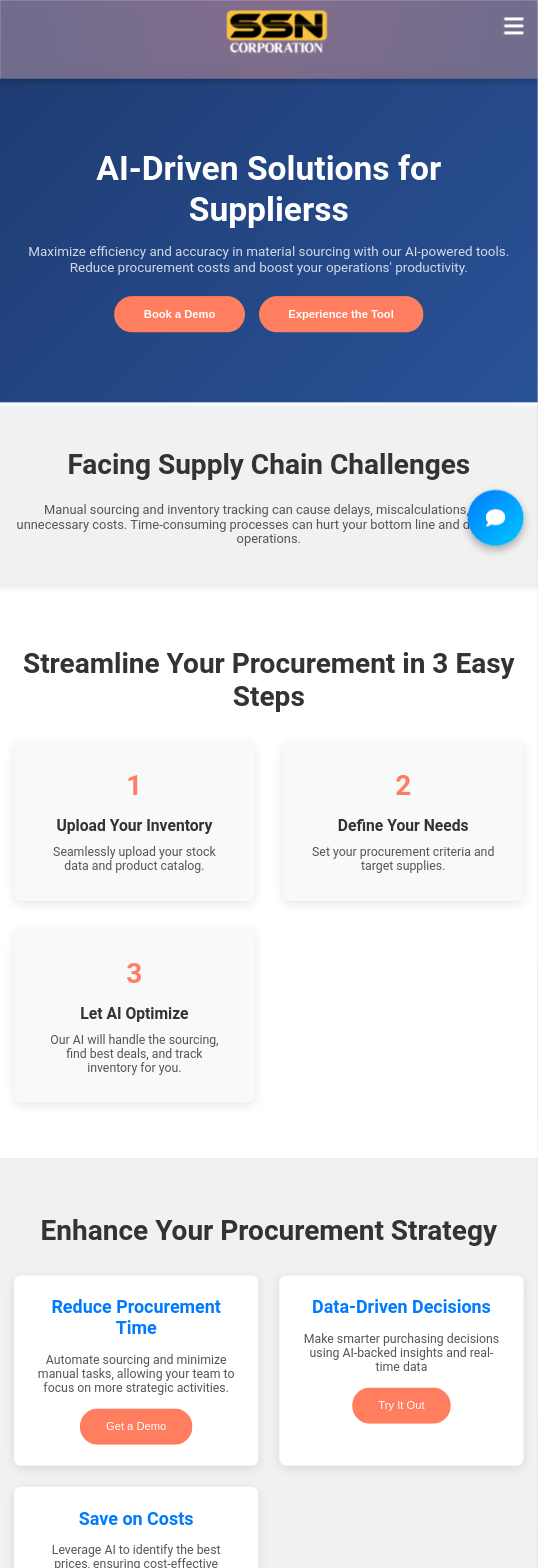
Repository: aabhashbasnet/SSNCorporation
Page: /who-we-serve/suppliers
These files come from the project's save history. The page is drawn as it stood at one moment and after the next save; the edit follows.
The browser window is 768 px wide. The pictures show the part of the page from y = 0 to 2240 px (the page is 3691 px tall before and 3688 px after), at 70% of full size.
The project was rebuilt for these pictures with package versions that can differ from the ones it lists, and the page was loaded fresh each time. Also part of the build but not shown: src/components/Main/Main.jsx, src/components/Working/Working.css, src/components/Working/Working.jsx, src/components/Footer/Footer.jsx, src/pages/OurMission/OurMission.jsx, src/pages/LoginSignUp/LoginSignUp.css, src/pages/LoginSignUp/LoginSignUp.jsx, src/pages/Industries/Industries.jsx and 12 more.

Above is the page before, as saved 2025-02-11 14:48:16.

After the next save:
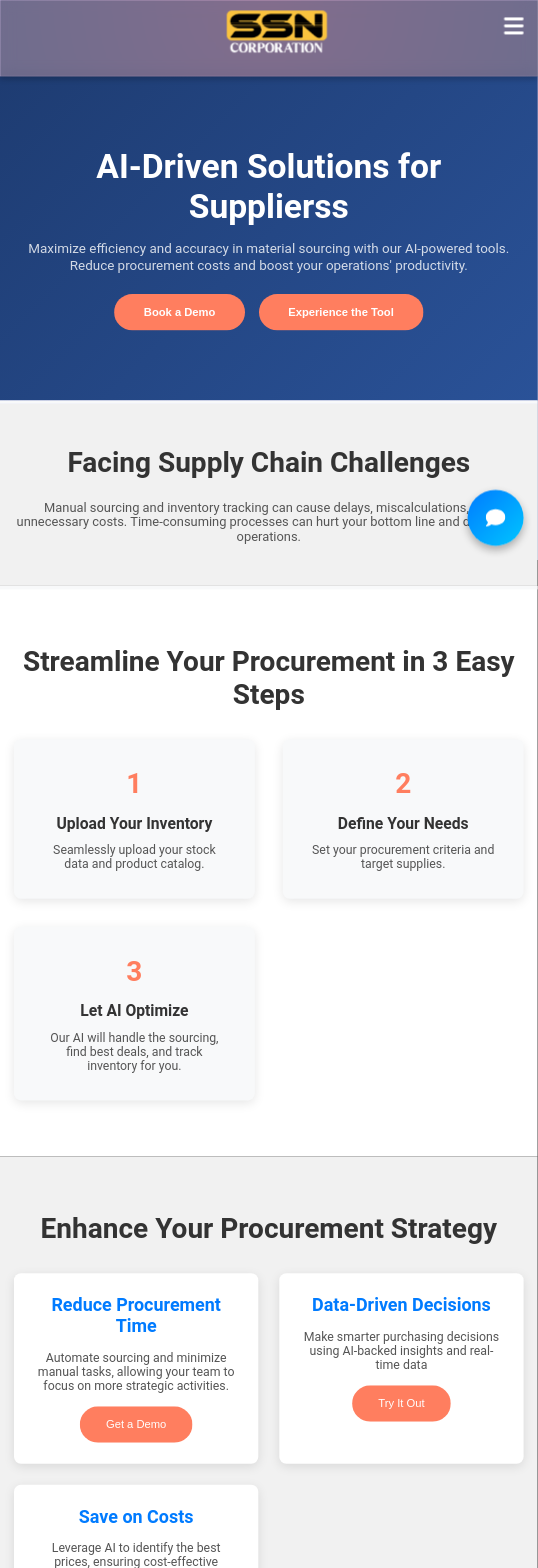
Saved 14 s later.
--- a/src/components/Main/Main.css
+++ b/src/components/Main/Main.css
@@ -1,48 +1,65 @@
-/* Ensure the main content takes up the remaining spaces */
+/* Apply full height to the body */
 html, body {
   height: 100%;
   margin: 0;
+  font-family: 'Arial', sans-serif;
+  background-color: #111;
 }
 
-/* Main content styling */
+/* Fullscreen background */
+.main-container {
+  position: relative;
+  height: 100vh;
+  background: linear-gradient(to bottom, rgba(0, 0, 0, 0.5), rgba(0, 0, 0, 0.7)), url('your-background-image.jpg') no-repeat center center/cover;
+}
+
+/* Background image styling */
+.background-image {
+  position: absolute;
+  top: 0;
+  left: 0;
+  width: 100%;
+  height: 100%;
+  z-index: -1; /* Ensure background is behind content */
+  animation: parallax 10s ease-in-out infinite; /* Add a parallax effect */
+}
+
+/* Parallax effect for the background */
+@keyframes parallax {
+  0% { background-position: 0 0; }
+  50% { background-position: center center; }
+  100% { background-position: 0 100%; }
+}
+
+/* Main content container */
 .main-content {
-  padding: 50px 20px;
-  text-align: center; /* Center align the content */
-  min-height: calc(100vh - 80px); /* Adjust height to fill the remaining space after navbar */
-  display: flex;
-  flex-direction: column;
-  justify-content: center;
-  align-items: center; /* Ensure content is centered horizontally */
+  padding: 80px 20px;
+  text-align: center;
+  color: white;
   opacity: 0; /* Start with opacity 0 for fade-in effect */
   animation: fadeIn 2s forwards; /* Apply fade-in effect */
+  z-index: 1;
 }
 
 /* Fade-in animation */
 @keyframes fadeIn {
-  from {
-    opacity: 0;
-  }
-  to {
-    opacity: 1;
-  }
+  from { opacity: 0; }
+  to { opacity: 1; }
 }
 
 /* Headline styling */
 .headline {
-  font-family: Verdana, Geneva, Tahoma, sans-serif;
-  font-size: 72px; /* Increased font size */
+  font-size: 80px;
   font-weight: bold;
-  color: #333; /* Dark color for readability */
   margin-bottom: 20px;
   line-height: 1.2;
-  white-space: normal; /* Allow line breaks */
-  display: inline-block; /* Make it an inline-block element */
-  max-width: 90%; /* Set a max-width for better control */
-  animation: slideUp 1s ease-out forwards;
+  color: white;
+  animation: slideInUp 1.5s ease-out forwards;
+  text-transform: uppercase;
 }
 
-/* Slide-up animation for the headline */
-@keyframes slideUp {
+/* Slide-up animation for headline */
+@keyframes slideInUp {
   from {
     transform: translateY(50px);
     opacity: 0;
@@ -55,100 +72,95 @@ html, body {
 
 /* Description styling */
 .description {
-  font-size: 18px;
-  font-weight: bolder;
-  color: white; /* Slightly lighter color */
-  max-width: 800px; /* Set max-width to avoid overly long lines */
-  margin: 0 auto; /* Center align */
+  font-size: 22px;
+  color: white;
+  margin-bottom: 40px;
   line-height: 1.6;
+  max-width: 800px;
+  margin: 0 auto;
+  opacity: 0;
   animation: fadeInText 2s ease-out forwards;
 }
 
 /* Fade-in animation for description */
 @keyframes fadeInText {
-  from {
-    opacity: 0;
-  }
-  to {
-    opacity: 1;
-  }
+  from { opacity: 0; }
+  to { opacity: 1; }
 }
 
+/* Instant text */
 .instant {
-  color: red;
+  color: #f5a623;
 }
 
 /* Button container styling */
 .button-container {
   display: flex;
-  gap: 20px; /* Add space between buttons */
+  gap: 30px;
   justify-content: center;
   margin-top: 20px;
-  flex-wrap: wrap; /* Ensure buttons wrap on small screens */
-  align-items: center; /* Center the buttons */
+  flex-wrap: wrap;
 }
 
 /* Button base styling */
 .button {
-  padding: 12px 30px;
-  font-size: 16px;
+  padding: 18px 40px;
+  font-size: 18px;
   font-weight: bold;
   border: none;
-  border-radius: 5px;
+  border-radius: 50px;
   cursor: pointer;
-  transition: transform 0.3s ease, background-color 0.3s ease;
-  display: inline-block;
-  box-shadow: 0 4px 8px rgba(0, 0, 0, 0.1);
+  transition: transform 0.4s ease, background-color 0.3s ease, box-shadow 0.3s ease;
+  box-shadow: 0 6px 15px rgba(0, 0, 0, 0.3);
+  position: relative;
 }
 
-/* Default button styling (for both buttons) */
+/* Hover effect for both buttons */
 .button:hover {
-  transform: translateY(-5px);
-  box-shadow: 0 6px 12px rgba(0, 0, 0, 0.15);
+  transform: scale(1.1); /* Increase button size on hover */
+  box-shadow: 0 8px 20px rgba(0, 0, 0, 0.4);
 }
 
 /* "Get Started" button styling */
 .button.primary {
-  background-color: #007bff; /* Blue color */
+  background: linear-gradient(45deg, #007bff, #00c6ff);
   color: white;
-  font-size: larger;
-  border-radius: 30px; /* More rounded corners */
+  font-size: 18px;
 }
 
 .button.primary:hover {
-  background-color: #0056b3; /* Darker blue on hover */
+  background: linear-gradient(45deg, #005bb5, #0076a6);
 }
 
 /* "Connect with Us" button styling */
 .button.connect {
-  background-color: #28a745; /* Green color */
+  background: linear-gradient(45deg, #28a745, #34d399);
   color: white;
-  border-radius: 30px; /* More rounded corners */
 }
 
 .button.connect:hover {
-  background-color: #218838; /* Darker green on hover */
+  background: linear-gradient(45deg, #218838, #2d9e56);
 }
 
-/* Add some responsive styling */
+/* Responsive adjustments */
 @media (max-width: 768px) {
   .headline {
-    font-size: 48px; /* Adjust the headline font size on mobile */
+    font-size: 50px; /* Adjust font size */
   }
 
   .description {
-    font-size: 16px; /* Adjust description font size on mobile */
-    padding: 0 20px; /* Add padding on sides for better readability */
+    font-size: 18px; /* Adjust description font size */
+    padding: 0 20px; /* Add side padding */
   }
 
   .button-container {
-    flex-direction: column; /* Stack buttons on mobile */
-    align-items: center; /* Center align the buttons */
+    flex-direction: column;
+    align-items: center;
   }
 
   .button {
-    width: 100%; /* Make buttons full width on small screens */
-    max-width: 300px; /* Set a maximum width for buttons */
-    margin: 10px 0; /* Add margin for space between buttons */
+    width: 100%;
+    max-width: 300px;
+    margin: 10px 0;
   }
 }
